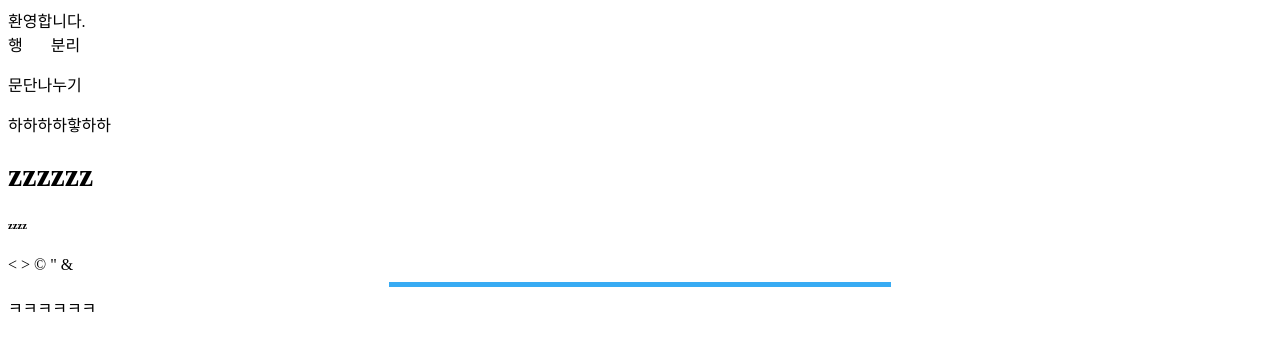
Repository: lsgsg/lsgsg
Page: wsou/webBasic/WebContent/bb.html
These files come from the project's save history. The page is drawn as it stood at one moment and after the next save; the edit follows.
The browser window is 1280 px wide. The pictures show the whole page.

Above is the page before, as saved 2018-08-14 02:34:39.

After the next save:
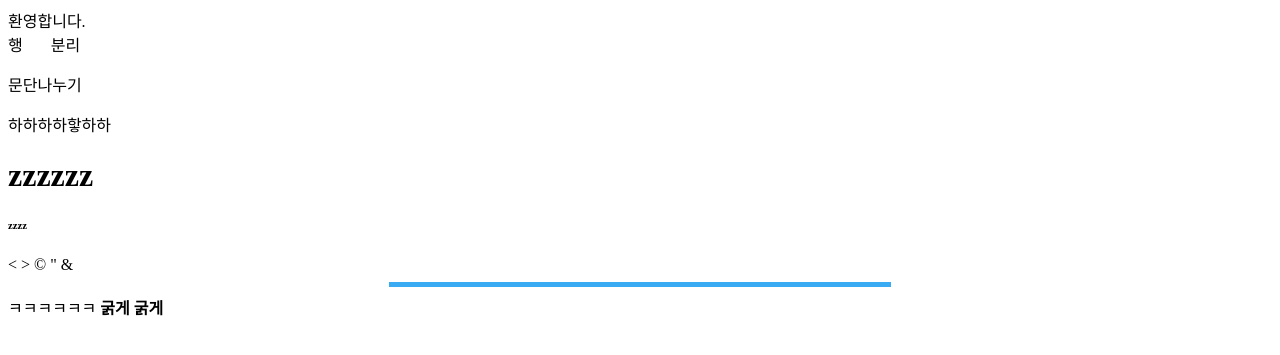
Saved 31 min 56 s later.
--- a/wsou/webBasic/WebContent/bb.html
+++ b/wsou/webBasic/WebContent/bb.html
@@ -16,5 +16,8 @@
 &lt; &gt; &copy; &quot; &amp;
 <hr size = "5" width="500" color="#38abf3"> <!-- 수평선 -->
 ㅋㅋㅋㅋㅋㅋ
+<b>굵게</b>
+<strong> 굵게 </strong>
+
 </body>
 </html>
